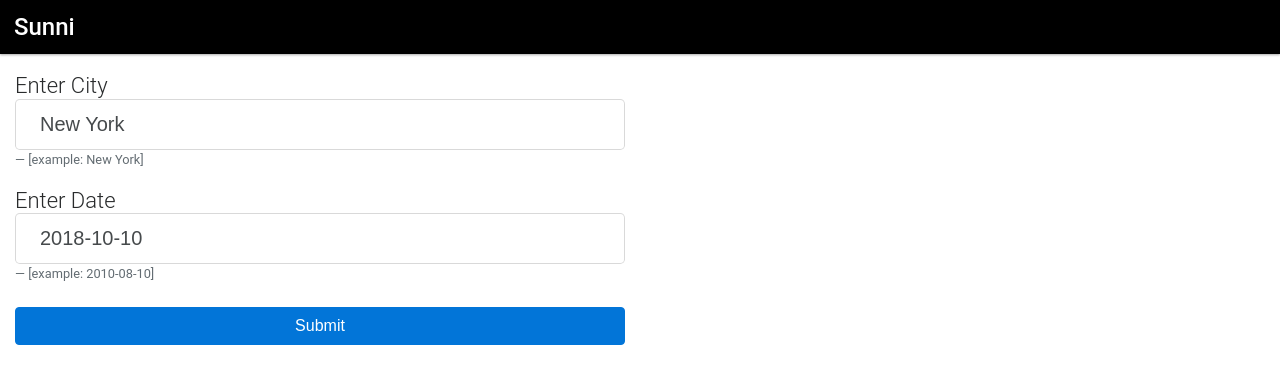
Repository: Oakga/Weather_app
Page: index.html
An editor plug-in stored every save of this project. The page is shown before and after the next save, followed by the edit.
The browser window is 1280 px wide. The pictures show the whole page.

Above is the page before, as saved 2017-09-22 06:36:38.

### index.html
<!DOCTYPE html>
<html>
<head>
    <meta charset="utf-8">
    <link rel="stylesheet" href="https://maxcdn.bootstrapcdn.com/bootstrap/4.0.0-alpha.6/css/bootstrap.min.css" integrity="sha384-rwoIResjU2yc3z8GV/NPeZWAv56rSmLldC3R/AZzGRnGxQQKnKkoFVhFQhNUwEyJ" crossorigin="anonymous">
    <!-- <link href='http://fonts.googleapis.com/css?family=Roboto:400,300,700' rel='stylesheet' type='text/css'> -->
    <link href="css/styles.css" rel="stylesheet" type="text/css">
    <script src="https://unpkg.com/axios/dist/axios.min.js"></script>
</head>
<body>
    <header>
        <h1>Sunni</h1>
    </header>
    <div class="container-fluid">
        <div class="row">
            <div class="col">
                <form id="location-form">
                    <h2>Enter City</h2><input value="New York" type="text" id="location-input" class="form-control form-control-lg "/>
                    <footer class="blockquote-footer">[example: New York]</footer>
                    <h2>Enter Date</h2><input value="2018-10-10" type="text" id="date-input" class="form-control form-control-lg "/>
                    <footer class="blockquote-footer">[example: 2010-08-10]</footer>
                    <br>
                    <button type="submit" class="btn btn-primary btn-block">Submit</button>
                </form>
                <div id="formatted-address"></div>
                <div id="geometry-component"></div>
                <div id="weather-component"></div>
            </div>
            <div class="col">
            </div>
        </div>
    </div>
    <script src="js/main.js"></script>
</body>
</html>

### css/styles.css
body {
    font-family: 'Roboto', 'Sans Serif';
    font-size: 16px;
    padding: 0;
    margin: 0;
}

header {
    background-color: #000000;
    padding: 14px;
    box-shadow: 0 1px 3px rgba(0,0,0,0.12), 0 1px 2px rgba(0,0,0,0.24);
}

h1, h2, h3 {
    font-weight: 300;
}

header > h1 {
    font-weight: 500;
    font-size: 24px;
    margin: 0;
    color: #FFFFFF;
}

h2 {
    font-size: 22px;
    margin: 20px 0 0 0;
}

.table {
    border-radius: 5px;
    width: 50%;
    margin: 0px auto;
    float: none;
}

### js/main.js
class dailyReport {
    constructor(Time,Humidity,Precipitation,Intensity,Wind,MaxTemperature,MinTemperature){
        this.Time = Time;
        this.Humidity = Humidity;
        this.Precipitation = Precipitation;
        this.Intensity = Intensity;
        this.Wind = Wind;
        this.MaxTemperature = MaxTemperature;
        this.MinTemperature = MinTemperature;
    };
};

class todayReport {
    constructor(Time,Summary,Humidity,Temperature, Precipitation,Intensity,Wind,){
        this.Time = Time;
        this.Summary = Summary;
        this.Humidity = Humidity;
        this.Temperature = Temperature;
        this.Precipitation = Precipitation;
        this.Intensity = Intensity;
        this.Wind = Wind;
    };
};

class search{
    constructor(location,date){
        this.date = date;
        this.location = location;
    }
}

let geoCode = (location, time=Date.now()) => {
    axios.get('https://maps.googleapis.com/maps/api/geocode/json',{
    params:{
        address: location,
        key: 'AIzaSyAkYBjwd7ygcP8GpAz47QsP3s3vaweLAE0'
    }
}).then(function(response){
    console.log(response);
    const formattedAddr = response.data.results[0].formatted_address;
    const formattedAddrOutput = `
    <ul class="list-group">
    <li class="list-group-item">
    ${formattedAddr}
    </li>
    </ul>
    `;
    let addressComponents = response.data.results[0].address_components;
    let lat = Math.round(response.data.results[0].geometry.location.lat*10000)/10000;
    let lng = Math.round(response.data.results[0].geometry.location.lng*10000)/10000;
    let geometryOutput = `
    <ul class="list-group">
    <li class="list-group-item">
    <strong>
    Latitude
    </strong>: ${lat}
    </li>
    <li class="list-group-item">
    <strong>
    Longitude
    </strong>: ${lng}
    </li>
    </ul>
    `;
    document.getElementById('formatted-address').innerHTML = formattedAddrOutput;
    document.getElementById('geometry-component').innerHTML = geometryOutput;
    darkSky(lat,lng,time);
    return new search(location,time);

})
.catch(function(error){
    console.log(error);
    const formattedAddrOutput = `
    <div class="alert alert-danger" role="alert">
    <strong>Unknown Location!</strong> Change a few things up and try submitting again.
    </div>
    `;
    document.getElementById('formatted-address').innerHTML = formattedAddrOutput;
})
};
let weeklyWeatherTable = (response) => {
    let weeklyReport = [];
    const months = ['Jan','Feb','Mar','Apr','May','Jun','Jul','Aug','Sep','Oct','Nov','Dec'];
    const days = ['Sun','Mon','Tue','Wed','Thur','Fri','Sat'];
    let year, month, day;
    const currentDate =  response.data.currently;
    const dailyDate = response.data.daily.data;

    for(let i=0;i<dailyDate.length;i++){
        var date = new Date(dailyDate[i].time*1000);
        year = date.getFullYear();
        month = months[date.getMonth()];
        day = days[date.getDay()];
        numDate = date.getDate();
        formattedTime = numDate + ' ' + month + ' ' + year;
        const dayReport = weeklyReport[i] = new dailyReport(
            formattedTime,
            dailyDate[i].humidity,
            dailyDate[i].precipProbability,
            dailyDate[i].precipIntensity,
            dailyDate[i].windSpeed,
            dailyDate[i].temperatureMax,
            dailyDate[i].temperatureMin,
        );
    };
    console.log(dailyDate);
    console.log(response.data);
    let columnNames = ``;
    const units = ['','%','%','(mm/hr)','(m/s)','(`C)','(`C)'];
    let counter = 0;
    for ( property in weeklyReport[0] ) {
        columnNames += `
        <th>
        ${property}${units[counter]}
        </th>
        `;
        counter++;
    };

    let itemRows = ``;
    let reportForTheDay;
    for(var i=0;i<weeklyReport.length;i++){
        reportForTheDay=weeklyReport[i];
        itemRows += `<tr>
        <th scope="row">${reportForTheDay.Time}</th>
        <td>${reportForTheDay.Humidity}</td>
        <td>${reportForTheDay.Precipitation}</td>
        <td>${reportForTheDay.Intensity}</td>
        <td>${reportForTheDay.Wind}</td>
        <td>${reportForTheDay.MaxTemperature}</td>
        <td>${reportForTheDay.MinTemperature}</td>
        </tr>`
    };

    let tableOutput = `
    <table class="table">
    <thead class="thead-inverse" id="table-index">
    ${columnNames}
    </thead>
    <tbody>
    ${itemRows}
    </tbody>
    </table>
    `;
    document.getElementById('weather-component').innerHTML = tableOutput;
};
let darkSky = (lat, lng, date = Date.now()) => {
    let apiCall = 'https://cors-anywhere.herokuapp.com/https://api.darksky.net/forecast/c84a2f187efcca194054935abae32b10/'+lat+','+lng;
    axios.get(apiCall,{
        params: {
            exclude: '[hourly,flags]',
            time: date,
            unit: '[si]',
        }
    }).then(function(response){
        weeklyWeatherTable(response);
    })
    .catch(function(error){
        console.log(error);
        const alert = `
        <div class="alert alert-danger" role="alert">
        <strong>Cannot find Weather information!</strong> Change a few things up and try submitting again.
        </div>
        `;
        document.getElementById('weather-component').insertAdjacentHTML("afterbegin",alert);
    })
    ;
}

// let updateHistory =

document.getElementById('location-form').addEventListener('submit', function (e){
    e.preventDefault();
    const location = document.getElementById('location-input').value;
    const date = document.getElementById('date-input').value;
    if(date!==null){
        const unixTime = Date.parse(date)/1000;
        const search = geoCode(location,unixTime);
    }
    else {
        const search = geoCode(location);
    };
        // updateHistory(search);
    });

After the next save:
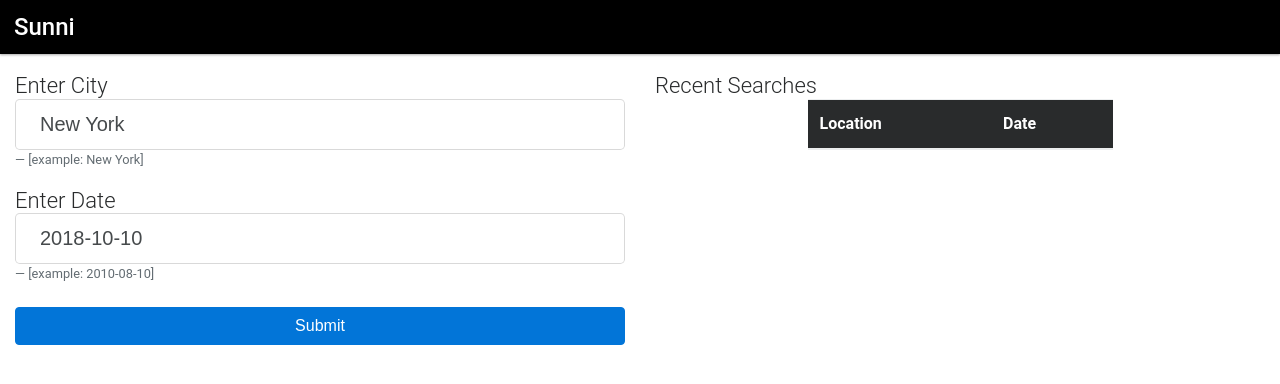
Saved 6 min 11 s later.
--- a/index.html
+++ b/index.html
@@ -27,9 +27,17 @@
                 <div id="weather-component"></div>
             </div>
             <div class="col">
+                <h2>Recent Searches</h2>
+                <table class="table">
+                    <thead class="thead-inverse">
+                        <tr>
+                            <th>Location</th>
+                            <th>Date</th>
+                        </tr>
+                    </div>
+                </div>
             </div>
         </div>
-    </div>
-    <script src="js/main.js"></script>
-</body>
-</html>
+        <script src="js/main.js"></script>
+    </body>
+    </html>
